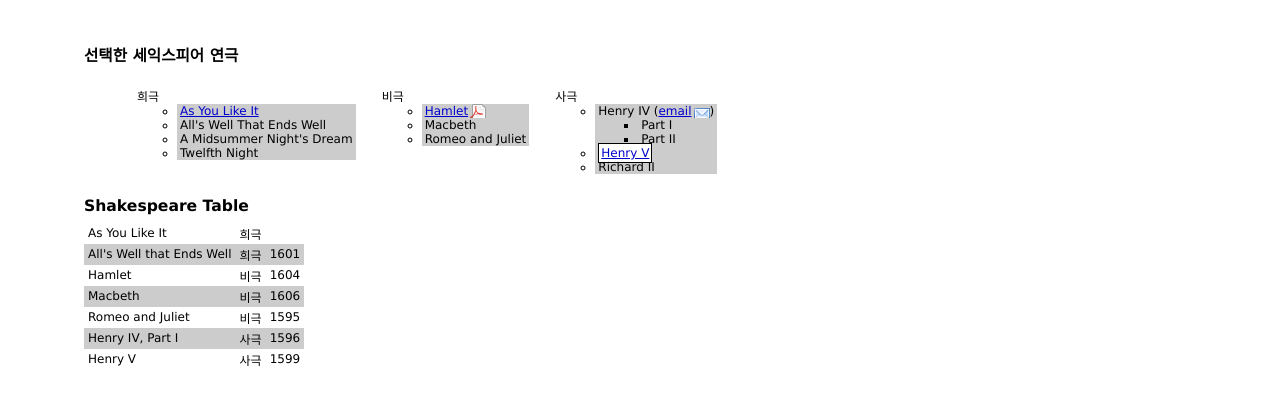
Repository: RyuJelly/211
Page: java_web/jQuery/WebContent/chap02/index.html
An editor plug-in stored every save of this project. The page is shown before and after the next save, followed by the edit.
The browser window is 1280 px wide. The pictures show the whole page.

Above is the page before, as saved 2021-03-15 05:35:08.

### java_web/jQuery/WebContent/chap02/index.html
<!DOCTYPE html PUBLIC "-//W3C//DTD XHTML 1.0 Transitional//EN"
	"http://www.w3.org/TR/xhtml1/DTD/xhtml1-transitional.dtd">

<html xmlns="http://www.w3.org/1999/xhtml" xml:lang="en" lang="en">
<head>
	<meta http-equiv="Content-Type" content="text/html; charset=utf-8"/>

	<title>Selected ShakeSpeare Plays</title>
	<link rel="stylesheet" href="../css/default.css" type="text/css" media="screen" />
	<link rel="stylesheet" href="chapter2.css" type="text/css" media="screen" />

	<script src="jquery.js" type="text/javascript"></script>
  <script src="chapter2.js" type="text/javascript"></script>

</head>
<body>
<div id="container">

<h2>선택한 세익스피어 연극</h2>
<ul id="selected-plays" class="clear-after">
  <li>희극
    <ul>
    	<li><a href="/asyoulikeit/">As You Like It</a></li>
    	<li>All's Well That Ends Well</li>
    	<li>A Midsummer Night's Dream</li>
    	<li>Twelfth Night</li>
    </ul>
  </li>
  <li>비극
    <ul>
    	<li><a href="hamlet.pdf">Hamlet</a></li>
    	<li>Macbeth</li>
    	<li>Romeo and Juliet</li>
    </ul>
  </li>
  <li>사극
    <ul>
    	<li>Henry IV (<a href="mailto:henryiv@king.co.uk">email</a>)
        <ul>
          <li>Part I</li>
          <li>Part II</li>
			  </ul>
			</li>
			<li><a href="http://www.shakespeare.co.uk/henryv.htm">Henry V</a></li>
			<li>Richard II</li>
    </ul>
  </li>
</ul>
<h2>Shakespeare Table</h2>
<table>
  <tr>
  	<td>As You Like It</td>
  	<td>희극</td>
  	<td></td>
  </tr>
  <tr>
  	<td>All's Well that Ends Well</td>
  	<td>희극</td>
  	<td>1601</td>
  </tr>
  <tr>
  	<td>Hamlet</td>
  	<td>비극</td>
  	<td>1604</td>
  </tr>
  <tr>
  	<td>Macbeth</td>
  	<td>비극</td>
  	<td>1606</td>
  </tr>
  <tr>
  	<td>Romeo and Juliet</td>
  	<td>비극</td>
  	<td>1595</td>
  </tr>
  <tr>
  	<td>Henry IV, Part I</td>
  	<td>사극</td>
  	<td>1596</td>
  </tr>
  <tr>
  	<td>Henry V</td>
  	<td>사극</td>
  	<td>1599</td>
  </tr>
</table>
<!-- <h2>from Benjamin Franklin's <em>Autobiography</em></h2>
<p>Thus refreshed, I walked again up the street, which by this time had many clean-dressed people in it, who were all walking the same way. I joined them, and thereby was led into the great meeting-house of the Quakers near the market. I sat down among them, and, after looking round awhile and hearing nothing said, being very drowsy thro’ labor and want of rest the preceding night, I fell fast asleep, and continued so till the meeting broke up, when one was kind enough to rouse me. This was, therefore, the first house I was in, or slept in, in Philadelphia.</p> -->
</div>
</body>
</html>

### java_web/jQuery/WebContent/chap09/default.css
body {
  font: 62.5% Arial, Verdana, sans-serif;
}

#container {
  padding: 20px 60px 100px;
}
h1 {
  font-size: 2.5em;
  margin-bottom: 1em;
}
h2 {
  font-size: 1.3em;
  margin-bottom: .5em;
}
h3 {
  font-size: 1.1em;
  margin-bottom: 0;
}

### java_web/jQuery/WebContent/chap02/chapter2.css
/***************************************
   =default styles
************************************** */

html, body {
  margin: 0;
  padding: 0;
}

body {
  font: 62.5% Verdana, Helvetica, Arial, sans-serif;
  color: #000;
  background: #fff;
}
#container {
  font-size: 1.2em;
  margin: 10px 2em;
}

h1 {
  font-size: 2.5em;
  margin-bottom: 0;
}

h2 {
  font-size: 1.3em;
  margin-bottom: .5em;
}
h3 {
  font-size: 1.1em;
  margin-bottom: 0;
}

code {
  font-size: 1.2em;
}

a {
  color: #06581f;
}
/* ----------------------------
=Aslett Clearing Method for floats
-------------------------------*/
.clear-after:after {
  content: ".";
  display: block;
  height: 0;
  clear: both;
  visibility: hidden;
  }
.clear-after {display: inline-block;}
/* backslash hack hides from IE Mac \*/
	* html .clear-after {height: 1%;}
	.clear-after {display: block;}
/* end backslash hack */


/***************************************
   =chapter styles
************************************** */

li {
  padding: 0 3px;
}
.horizontal {
  float: left;
  list-style: none;
  margin: 10px;
}
.sub-level {
  background: #ccc;
}
a {
  color: #00c;
}
a.mailto {
  background: url(images/email.png) no-repeat 100% 2px;
  padding-right: 18px;
}
a.pdflink {
  background: url(images/pdf.png) no-repeat 100% 0;
  padding-right: 18px;
}
a.henrylink {
  background-color: #fff;
  padding: 2px;
  border: 1px solid #000;
}
a.external {
  background: #fff url(images/external.png) no-repeat 100% 2px;
  padding-right: 16px;
}

table {
  border-collapse: collapse;
}
th, td {
  text-align: left;
  padding: 2px 4px;
}
.table-heading {
  background-color: #000;
  color: #fff;

}

.alt {
  background-color: #ccc;
}

.highlight {
  font-weight: bold;
  font-style: italic;
}

.italic {
  font-style: italic;
}
.bold {
  font-weight: bold;
}

### java_web/jQuery/WebContent/chap02/chapter2.js
$(function(){
	$('#selected-plays > li').addClass('horizontal');
	$('#selected-plays li:not("#selected-plays > li")').addClass('sub-level');
	$('a[href $= pdf]').addClass('pdflink');
	$('a[href ^= mailto]').addClass('mailto');

	$('a[href *= henry]:not(.mailto)').addClass('henrylink');
	//$('a[href *= henry]').not('.mailto').addClass('henrylink');

	//$('tr:nth-child(2n)').addClass('alt');
	//$('tr:odd').addClass('alt');					// 짝수번째
	//$('tr:nth-child(odd)').addClass('alt');		// 홀수번째
	$('tr').filter(':odd').addClass('alt');			// 짝수번째

	//$('td:contains(Henry)').nextAll().addClass('highlight');

	//$('td:contains(Henry)').nextAll().andSelf().addClass('highlight');
	//$('td:contains(Henry)').parent().find('td').addClass('highlight');
});

Loaded but not shown: java_web/jQuery/WebContent/chap02/jquery.js (library)

After the next save:
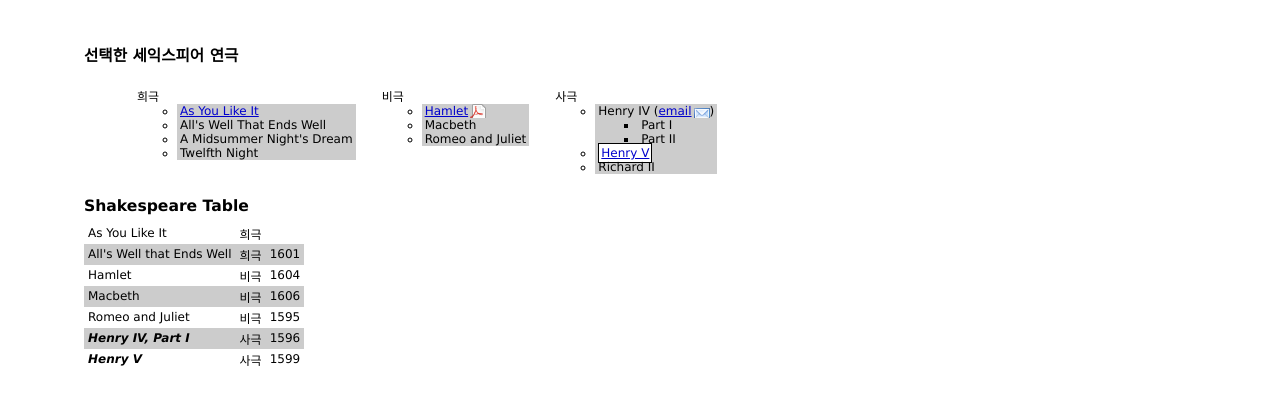
Saved 46 s later.
--- a/java_web/jQuery/WebContent/chap02/chapter2.js
+++ b/java_web/jQuery/WebContent/chap02/chapter2.js
@@ -16,4 +16,5 @@ $(function(){
 
 	//$('td:contains(Henry)').nextAll().andSelf().addClass('highlight');
 	//$('td:contains(Henry)').parent().find('td').addClass('highlight');
+	$('td:contains(Henry)').parent().find('td:eq(0)').addClass('highlight');
 });
